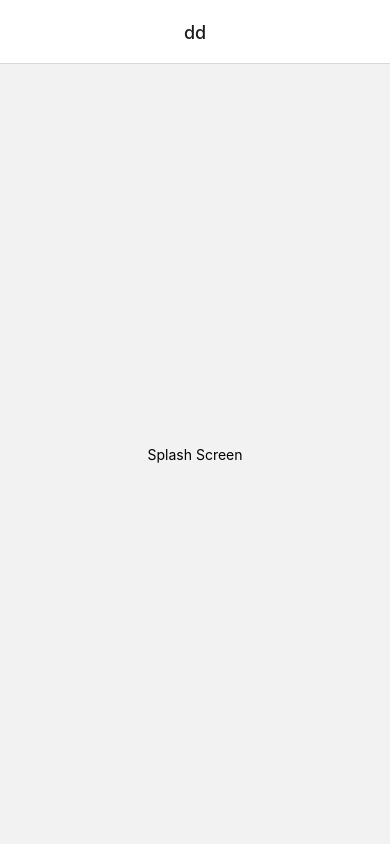
Repository: moronkids/react-native-non-expo
Screen: /
An editor plug-in stored every save of this project. The screen is shown before and after the next save, followed by the edit.
The app was drawn by React Native's web renderer in a window 390 px wide. The project was rebuilt for these pictures with package versions that can differ from the ones it lists, and the page was loaded fresh each time.

Above is the screen before, as saved 2025-01-11 13:54:56.

### App.tsx
import Routes from './routes';
const App = () => <Routes />

export default App;

### routes.tsx

import SplashScreen from '@/screens/splashScreen';
import { NavigationContainer } from '@react-navigation/native';
import { createNativeStackNavigator } from '@react-navigation/native-stack';
import React from 'react';

const RootStack = () => {
    const Stack = createNativeStackNavigator();
    return (
        <Stack.Navigator screenOptions={{
            title: 'dd',
            headerTitleAlign: 'center',

        }}>
            <Stack.Screen name="SplashScreen" component={SplashScreen} />
        </Stack.Navigator>
    );
};

const Routes = () => {
    return (
        <NavigationContainer>
            <RootStack />
        </NavigationContainer>
    );
};

export default Routes;

### src/screens/splashScreen/index.tsx
import React from 'react';
import { Text, View } from 'react-native';

function Index() {
    return (
        <View style={{
            display: 'flex',
            justifyContent: 'center',
            alignItems: 'center',
            height: '100%'
        }}>
            <Text style={{
                textAlign: 'center',
            }}>
                Splash Screen
            </Text>
        </View>
    );
}

export default Index;

After the next save:
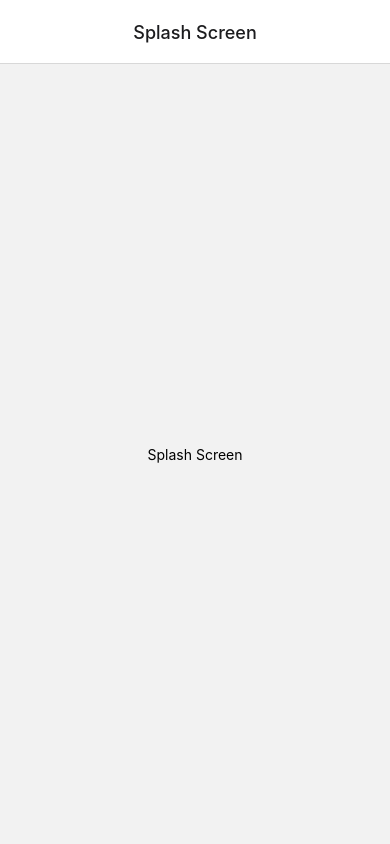
Saved 13 s later.
--- a/routes.tsx
+++ b/routes.tsx
@@ -8,7 +8,7 @@ const RootStack = () => {
     const Stack = createNativeStackNavigator();
     return (
         <Stack.Navigator screenOptions={{
-            title: 'dd',
+            title: 'Splash Screen',
             headerTitleAlign: 'center',
 
         }}>
